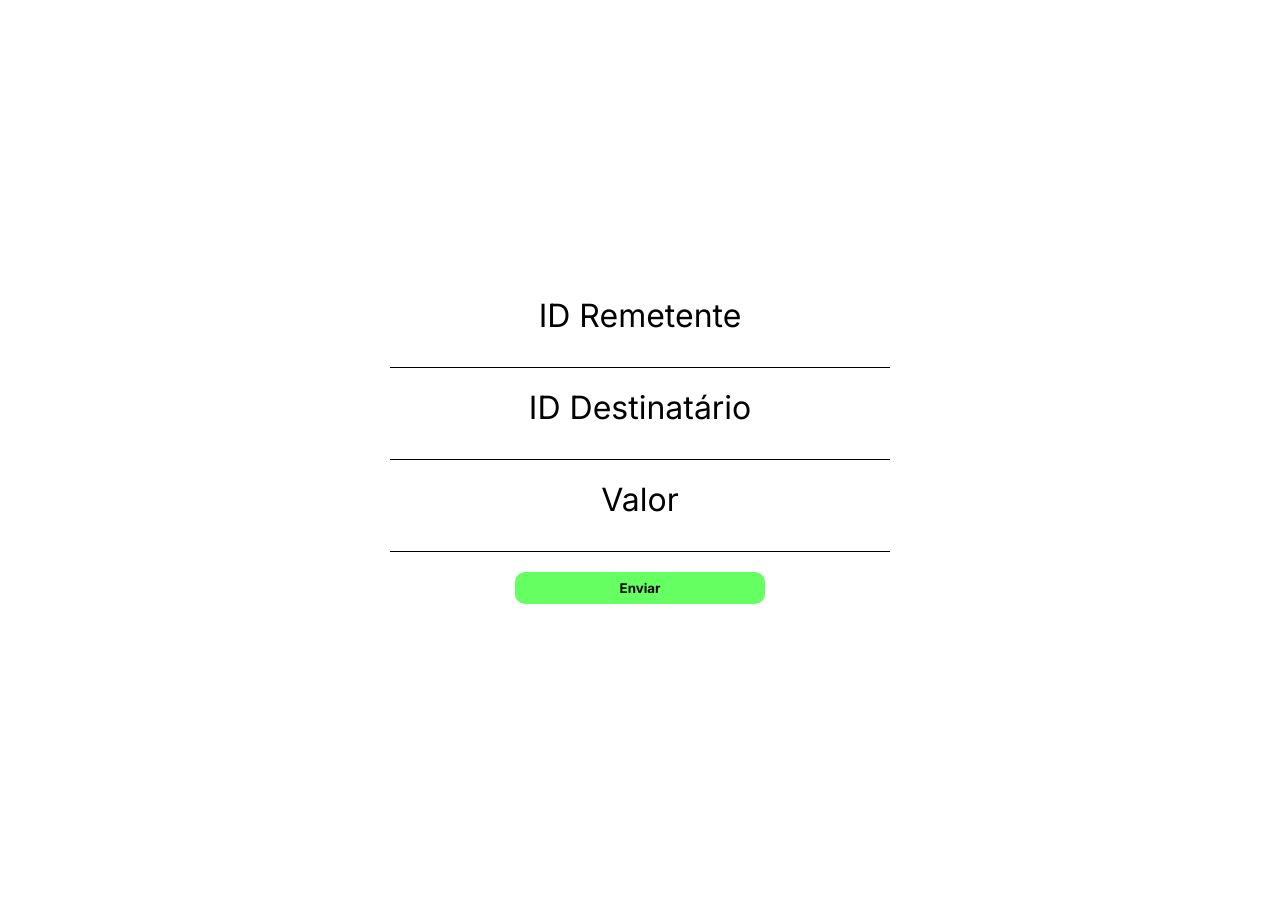
Repository: mateusilva8/tarefa-pix
Page: frontend/pix.html
An editor plug-in stored every save of this project. The page is shown before and after the next save, followed by the edit.
The browser window is 1280 px wide. The pictures show the whole page.

Above is the page before, as saved 2023-10-22 14:18:03.

### frontend/pix.html
<!DOCTYPE html>
<html lang="pt-BR">
<head>
  <meta charset="UTF-8">
  <meta name="viewport" content="width=device-width, initial-scale=1.0">
  <title>PIX</title>
  <link rel="preconnect" href="https://fonts.googleapis.com">
  <link rel="preconnect" href="https://fonts.gstatic.com" crossorigin>
  <link href="https://fonts.googleapis.com/css2?family=Inter:wght@400;700&display=swap" rel="stylesheet">
  <link rel="stylesheet" href="./css/pix.css">
</head>
<body>
    <div class="container">
        <div class="formulario">
            <form id="form">
                <div class="mb-3">
                  <label for="idRemetente" class="form-label">ID Remetente</label>
                  <input type="number" class="form-control" id="idRemetente">
                </div>
                <div class="mb-3">
                  <label for="idDestinatario" class="form-label">ID Destinatário</label>
                  <input type="number" class="form-control" id="idDestinatario">
                </div>
                <div class="mb-3">
                  <label for="valor" class="form-label">Valor</label>
                  <input type="number" class="form-control" id="valor">
                </div>
                <button type="button" class="btn" id="botaoEnviar">Enviar</button>
              </form>
        </div>
    </div>



  <script src="https://code.jquery.com/jquery-3.3.1.slim.min.js" integrity="sha384-q8i/X+965DzO0rT7abK41JStQIAqVgRVzpbzo5smXKp4YfRvH+8abtTE1Pi6jizo" crossorigin="anonymous"></script>
  <script src="https://cdnjs.cloudflare.com/ajax/libs/popper.js/1.14.3/umd/popper.min.js" integrity="sha384-ZMP7rVo3mIykV+2+9J3UJ46jBk0WLaUAdn689aCwoqbBJiSnjAK/l8WvCWPIPm49" crossorigin="anonymous"></script>
  <script src="./js/pix.js"></script>
</body>
</html>

### frontend/css/pix.css
body {
    margin: 0;
    padding: 0;
    font-family: 'Inter', sans-serif;
}

.container {
    display: flex;
    height: 700px;
    margin: 100px;
    justify-content: center;
    align-items: center;
}

.formulario {
    width: 100%;
    display: flex;
    flex-direction: column;
    align-items: center;
}

.formulario form {
    width: 500px;
    display: flex;
    flex-direction: column;
    align-items: center;
}

.mb-3 {
    display: flex;
    flex-direction: column;
    width: 100%;
    margin-bottom: 20px;
    font-size: 2rem;
    text-align: center;
}

input[type=number]::-webkit-inner-spin-button,
    input[type=number]::-webkit-outer-spin-button {
        -webkit-appearance: none;
        margin: 0;
    }

input {
    height: 2rem;
    margin: 0;
    padding: 0;
    border: none;
    border-bottom: 1px solid #000;
    outline: none;

    &:focus {
        border-bottom: 2px solid #00f;
    }
}

.btn {
    width: 250px;
    height: 2rem;
    font-family: 'Inter';
    font-weight: 700;
    background-color: rgb(102, 255, 97);
    border: 0;
    border-radius: 10px;
}

### frontend/js/pix.js
let idRemetente = document.getElementById('idRemetente');
let idDestinatario = document.getElementById('idDestinatario');
let valor = document.getElementById('valor')


async function realizarPix () {
    let payload = {
        senderId: idRemetente.value,
        recipientId: idDestinatario.value,
        value: valor.value,
      };

      let resposta = await fetch(`http://localhost:3000/pix-api/pix`, {
        method: 'POST',
        headers: {
            "Content-type" : 'application/json',
            "Acccept": 'appplication/json'
        },
        body: JSON.stringify(payload)
      });

      let mensagem = await resposta.json()

      if (mensagem.mensagem) {
          console.log(mensagem);
          alert(mensagem.mensagem);
      }else {
        console.log(mensagem);
        if (mensagem.error == 'The attribute "value" is required.')
        alert('Digite um valor válido');
        if (mensagem.error == 'The attribute "senderId" is required.')
        alert('Informe o ID do remetente');
        if (mensagem.error == 'The attribute "recipientId" is required.')
        alert('Informe o ID do destinatário');
      }

}

let botaoPix = document.getElementById('botaoEnviar');
  botaoPix.addEventListener('click', () => {
    realizarPix();
  })

After the next save:
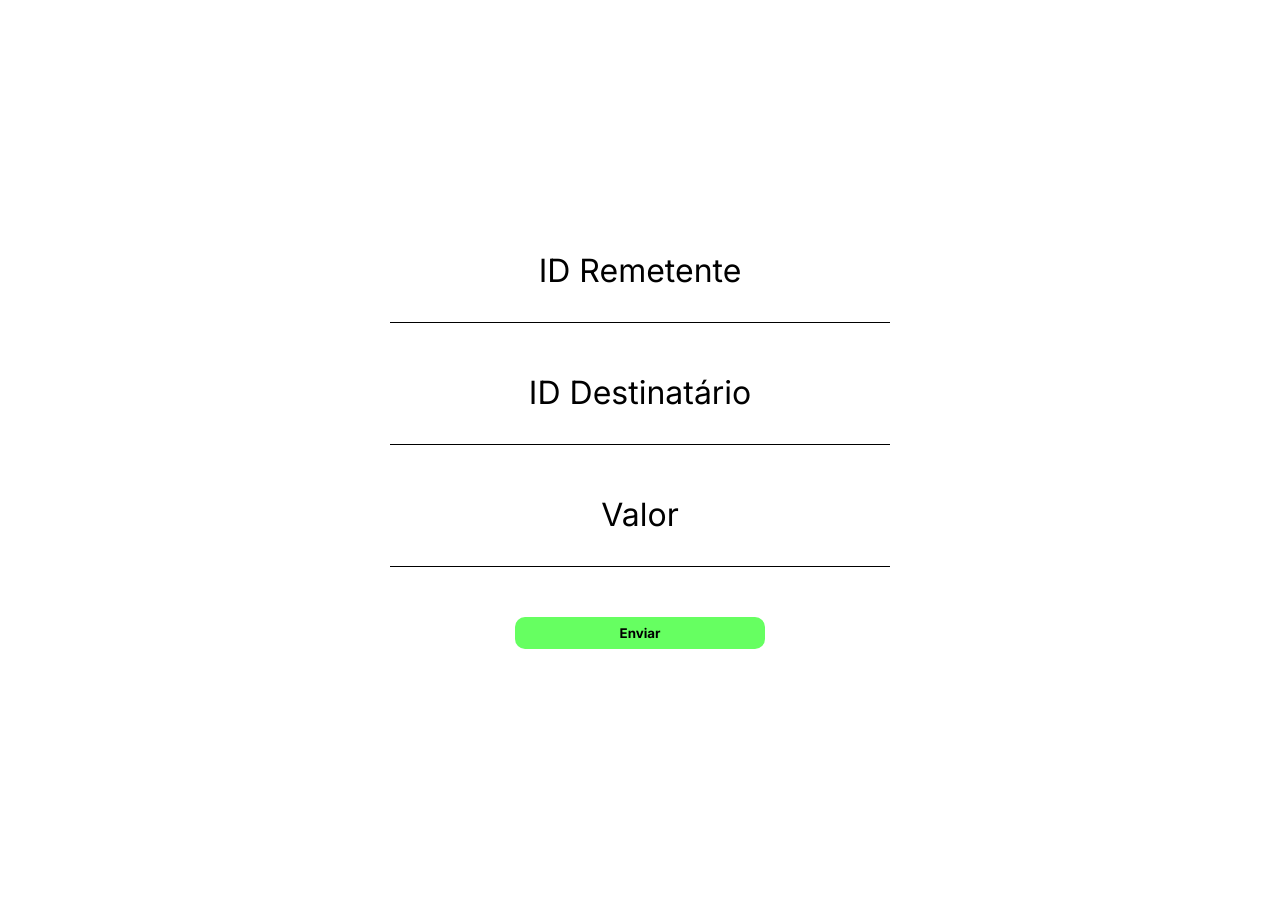
Saved 26 s later.
--- a/frontend/css/pix.css
+++ b/frontend/css/pix.css
@@ -30,7 +30,7 @@ body {
     display: flex;
     flex-direction: column;
     width: 100%;
-    margin-bottom: 20px;
+    margin-bottom: 50px;
     font-size: 2rem;
     text-align: center;
 }
